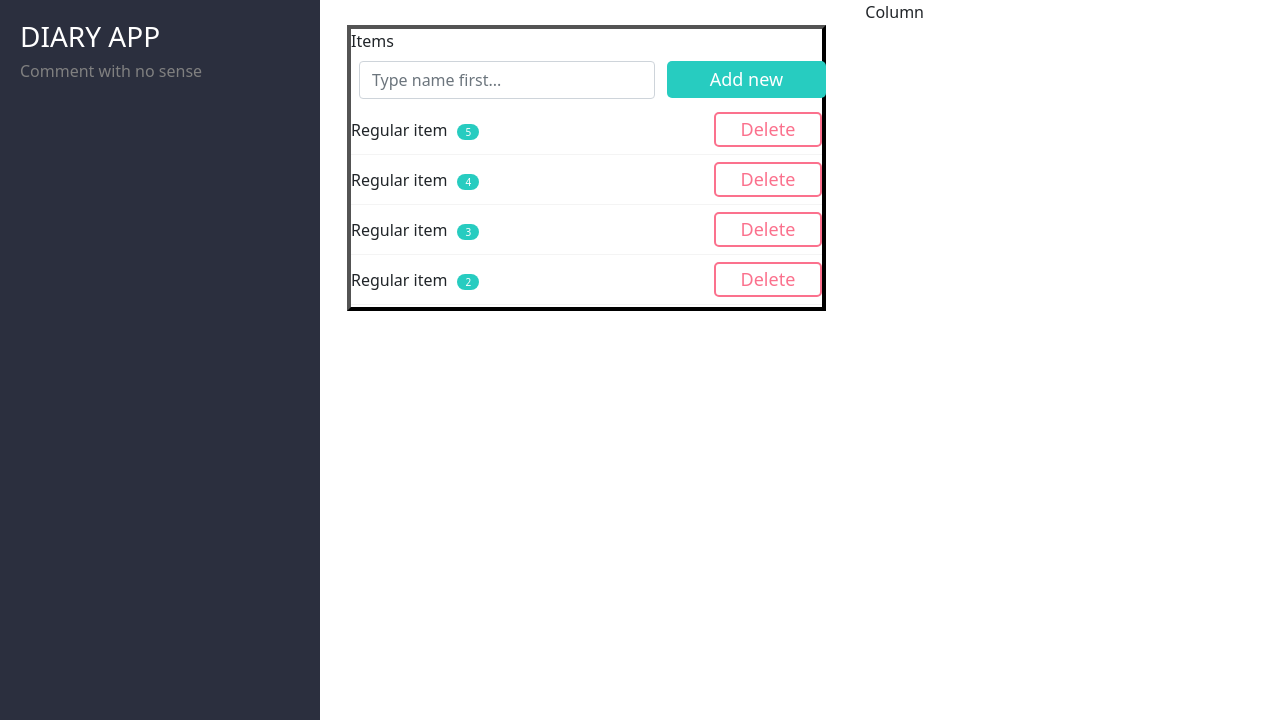
Repository: tsydikov/diary
Page: /
The author's editor kept a copy of each file at every save. The page is drawn from the files as they stood at one save, then again after the next save.
The browser window is 1280 px wide. The pictures show the whole page.
The project was rebuilt for these pictures with package versions that can differ from the ones it lists, and the page was loaded fresh each time.

Above is the page before, as saved 2021-09-10 21:31:20.

After the next save:
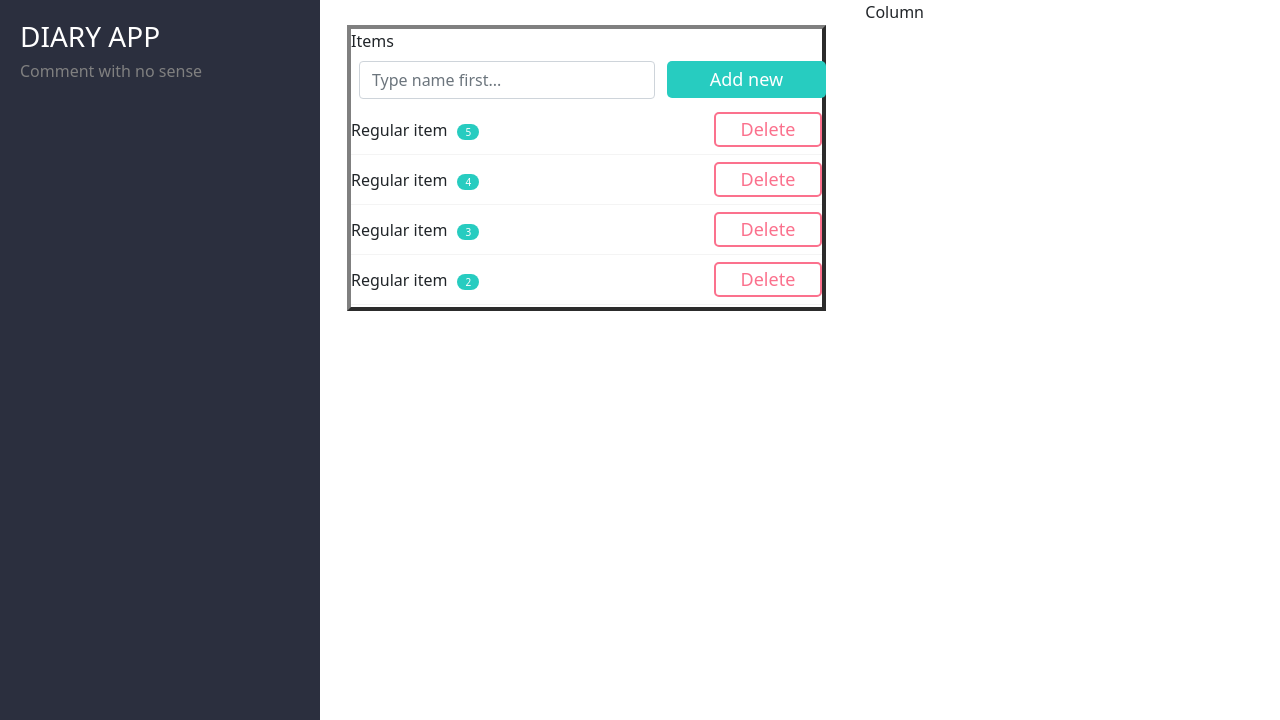
Saved 14 s later.
--- a/src/styles/App.css
+++ b/src/styles/App.css
@@ -33,7 +33,7 @@ hr {
 }
 
 .items_cotainer {
-    border: 4px outset black;
+    border: 4px outset grey;
     margin: 15px;
     margin-top: 25px;
 }
